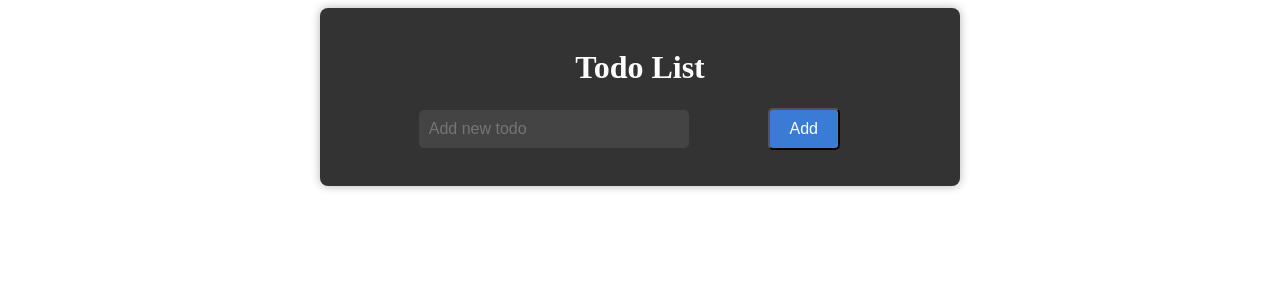
Repository: Tobby004/Todo-assignment
Page: / (app in todo-list-app/)
These files come from the project's save history. The page is drawn as it stood at one moment and after the next save; the edit follows.
The browser window is 1280 px wide. The pictures show the whole page.
The project was rebuilt for these pictures with package versions that can differ from the ones it lists, and the page was loaded fresh each time. Also part of the build but not shown: todo-list-app/vue.config.js.

Above is the page before, as saved 2023-12-06 16:51:07.

After the next save:
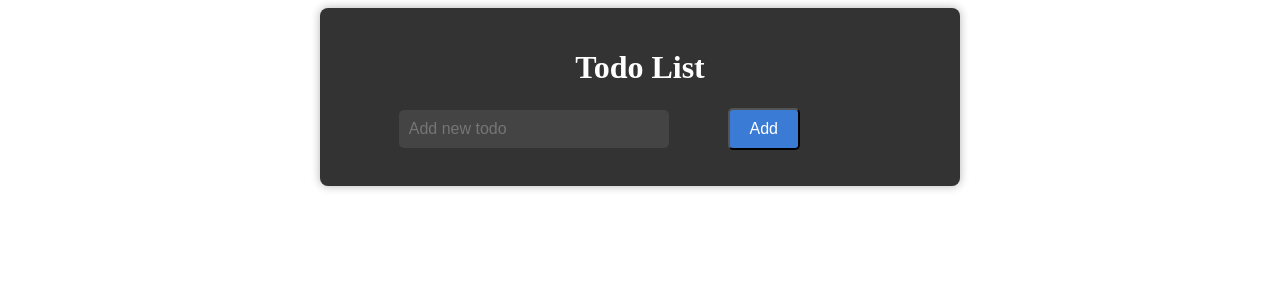
Saved 46 s later.
--- a/todo-list-app/src/App.vue
+++ b/todo-list-app/src/App.vue
@@ -94,7 +94,7 @@ h1 {
 
 .add-button {
   padding: 10px 20px;
-  margin-right: 100px;
+  margin-right: 140px;
   border-radius: 5px;
   cursor: pointer;
   font-size: 16px;
